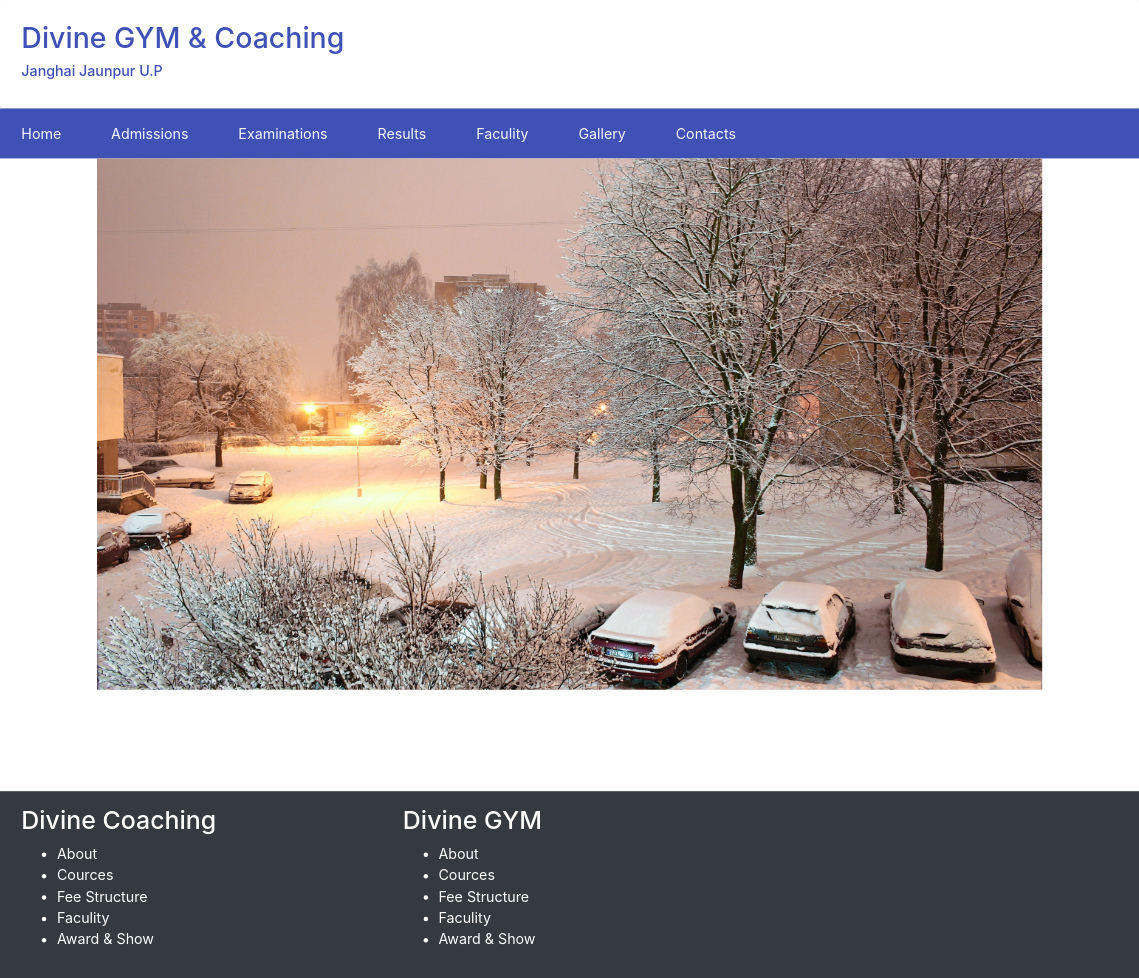
Repository: lalji-yadav/vikash-Coaching-frontend
Page: /gallery
The author's editor kept a copy of each file at every save. The page is drawn from the files as they stood at one save, then again after the next save.
The browser window is 1280 px wide. The pictures show the whole page, at 89% of full size.
The project was rebuilt for these pictures with package versions that can differ from the ones it lists, and the page was loaded fresh each time. Also part of the build but not shown: src/index.css, src/home/home.js, src/component/admission/admission.js, src/component/examination/examination.js, src/component/results/result.js, src/component/faculity/faculity.js.

Above is the page before, as saved 2021-04-11 12:43:54.

After the next save:
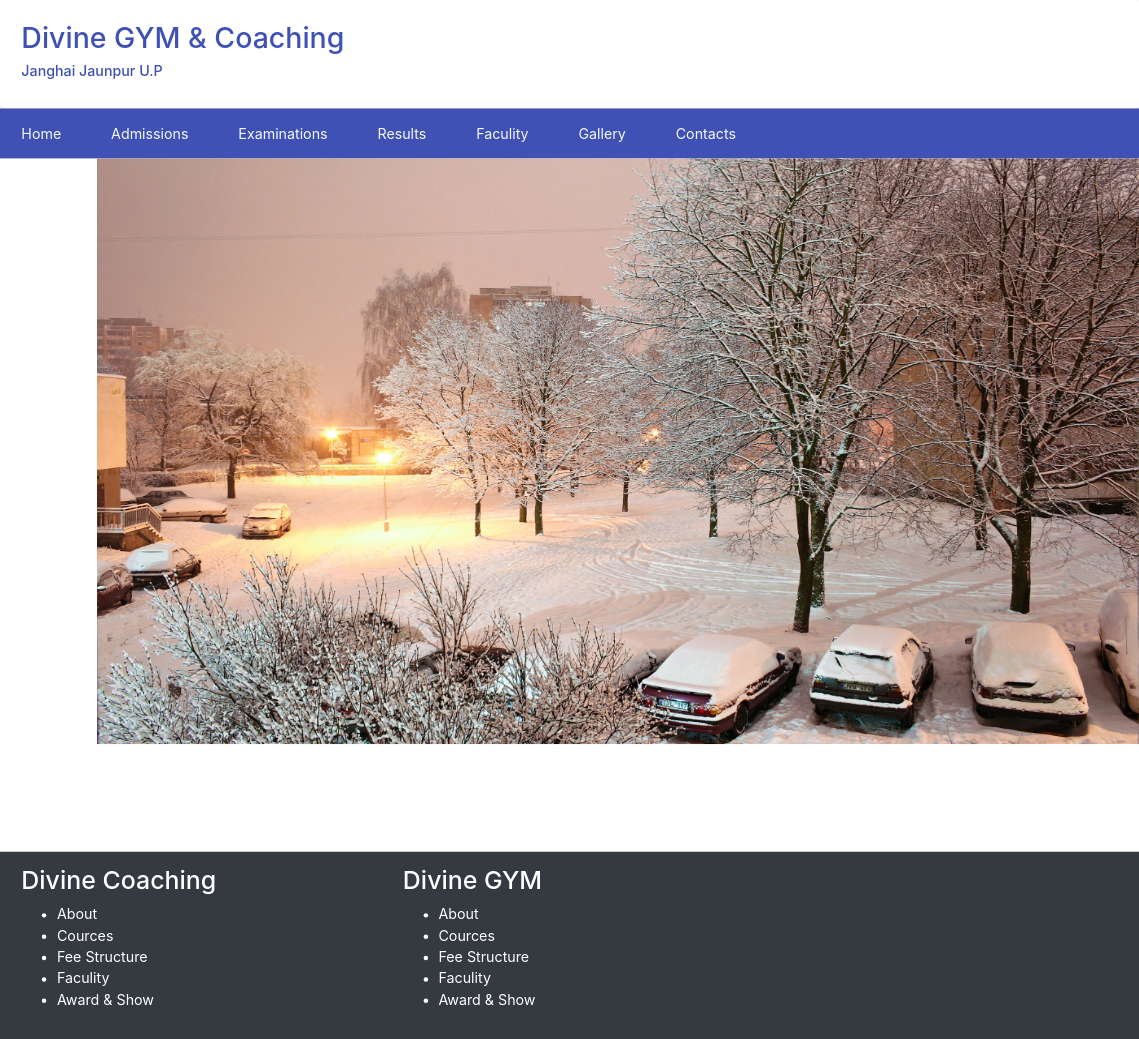
Saved 2 min 16 s later.
--- a/src/component/gallery/gallery.js
+++ b/src/component/gallery/gallery.js
@@ -6,7 +6,7 @@ class gallery extends Component {
         return (
             <div>
                 <div className="row">
-                    <div className="col-sm-10 offset-sm-1">
+                    <div className="col-sm-11 offset-sm-1">
                         <img style={{width:"100%", height:"90%"}}
                          src={process.env.PUBLIC_URL + '/image/gallery/Admin/0 (22) - Copy.jpg'} alt="" />
                     </div>
